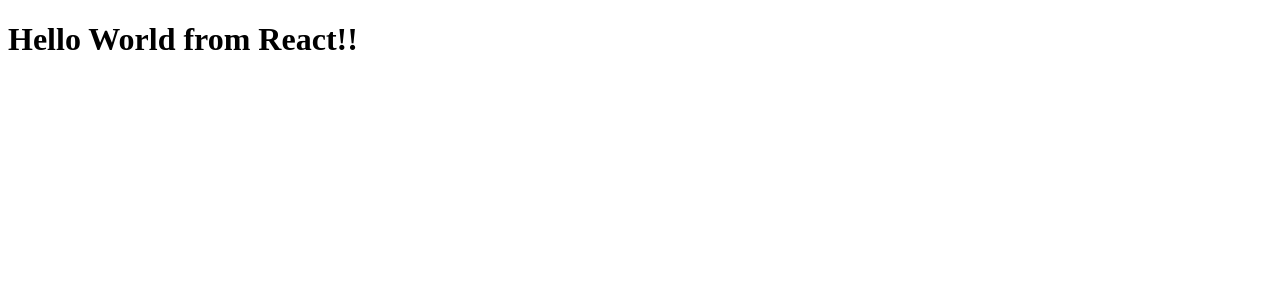
Repository: SrijanaGupta/lets-react
Page: index.html
The author's editor kept a copy of each file at every save. The page is drawn from the files as they stood at one save, then again after the next save.
The browser window is 1280 px wide. The pictures show the whole page.

Above is the page before, as saved 2024-07-04 20:50:42.

### index.html
<!DOCTYPE html>
<html lang="en">
<head>
    <meta charset="UTF-8">
    <meta name="viewport" content="width=device-width, initial-scale=1.0">
    <title>Learning React</title>
    <link rel="stylesheet" href="style.css">
</head>
<body>
    <div id="root"></div>
    <script crossorigin src="https://unpkg.com/react@18/umd/react.development.js"></script>
    <script crossorigin src="https://unpkg.com/react-dom@18/umd/react-dom.development.js"></script>
    <script src="App.js" type="module"></script>

</body>
</html>

### style.css
#headind{
    color: tomato;
}

### App.js
const heading = React.createElement('h1', {id:"heading"}, 'Hello World from React!!');
const root = ReactDOM.createRoot(document.getElementById('root'));
root.render(heading);

After the next save:
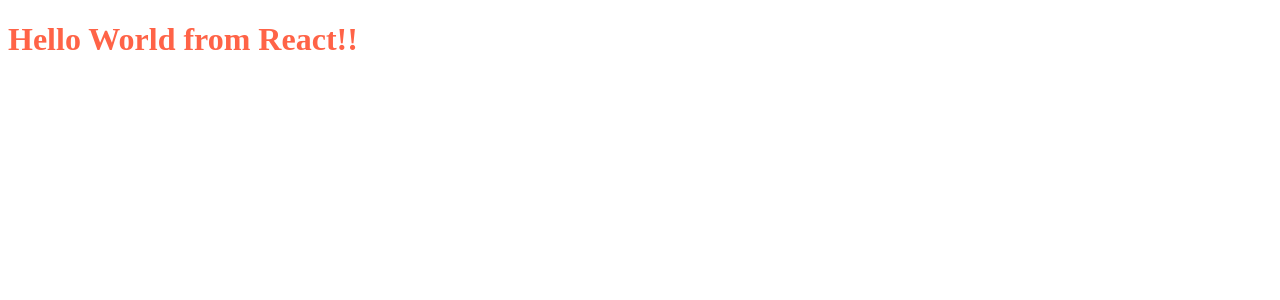
Saved 24 s later.
--- a/style.css
+++ b/style.css
@@ -1,3 +1,3 @@
-#headind{
+#heading{
     color: tomato;
 }
